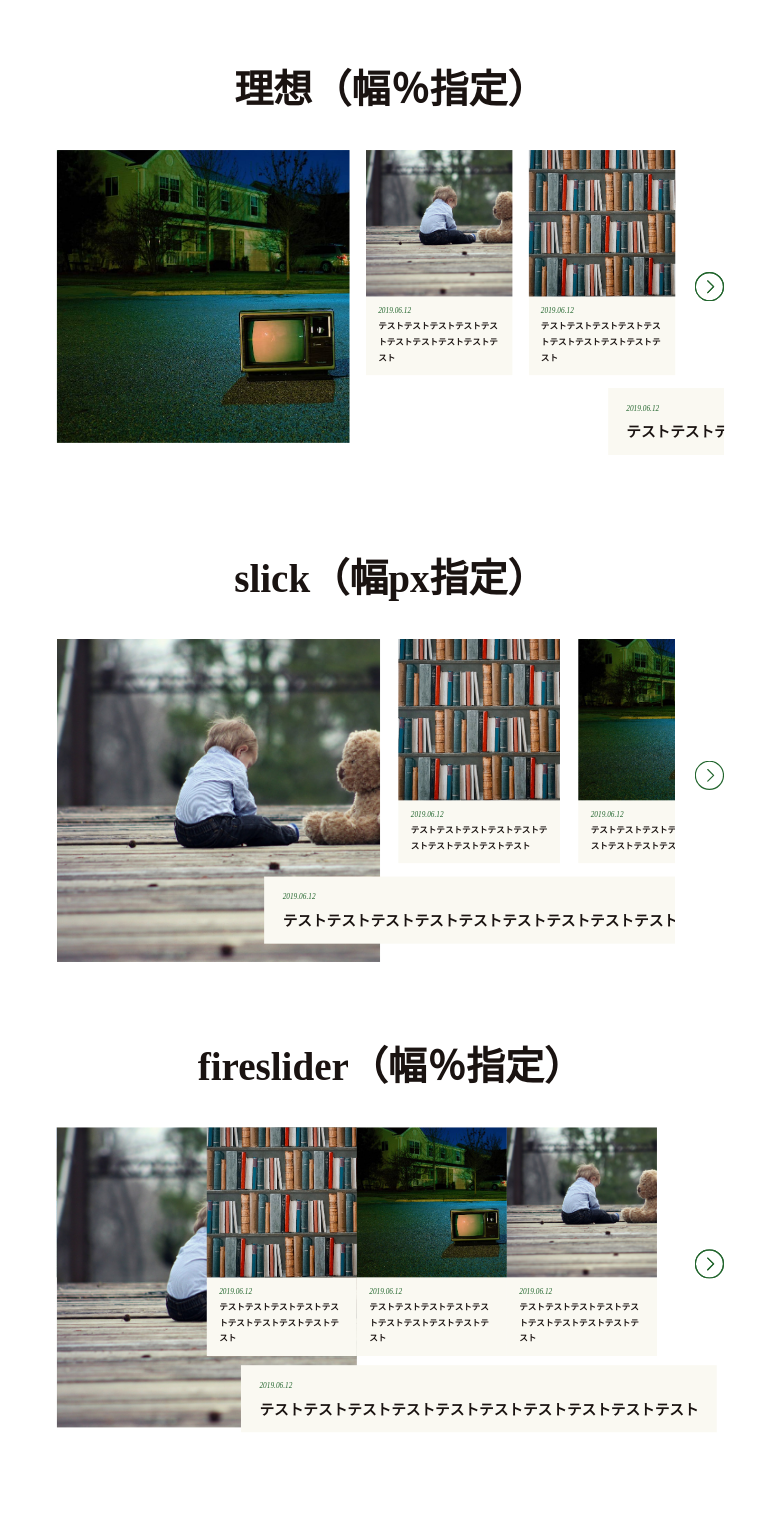
Repository: bbbbruno/slidertest
Page: index.html
The author's editor kept a copy of each file at every save. The page is drawn from the files as they stood at one save, then again after the next save.
The browser window is 1280 px wide. The pictures show the whole page, at 61% of full size.

Above is the page before, as saved 2019-07-26 12:59:54.

After the next save:
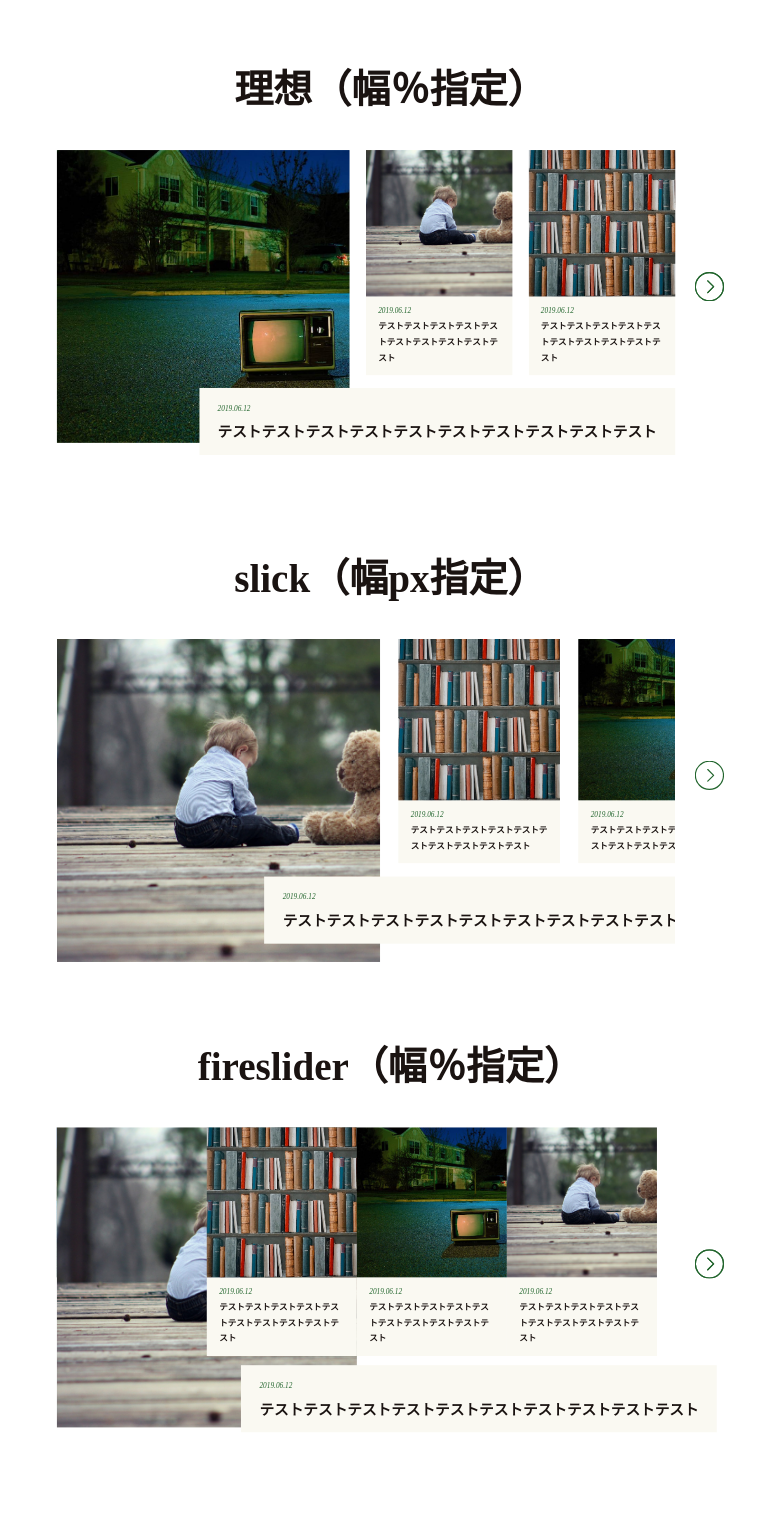
Saved 62 s later.
--- a/css/style.css
+++ b/css/style.css
@@ -66,7 +66,6 @@ h2 {
   position: absolute;
   top: 390px;
   right: 80px;
-  right: -590px;
   max-width: 800px;
   padding: 20px 30px;
 
